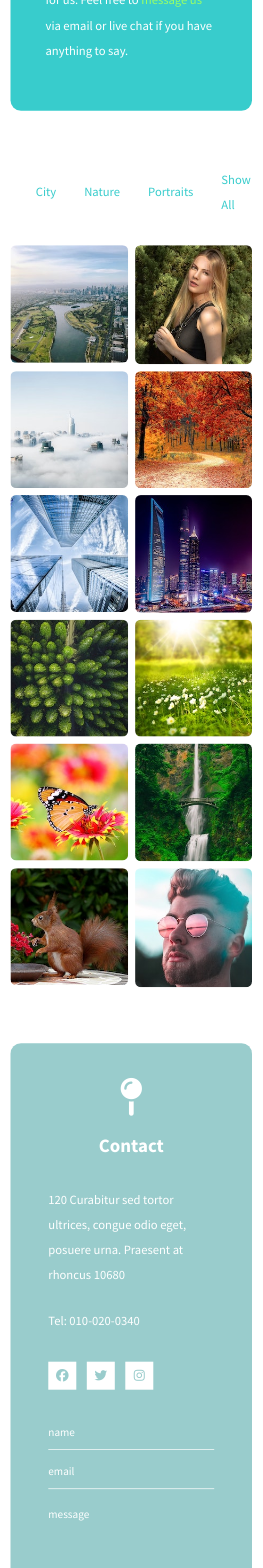
Repository: BuiVanVu102/Tooplate
Page: index.html
An editor plug-in stored every save of this project. The page is shown before and after the next save, followed by the edit.
The browser window is 375 px wide. The pictures show the part of the page from y = 1195 to 3435 px (the page is 3765 px tall before and 3837 px after), at 70% of full size.
Some web libraries are served in a nearby version. The style sheet was rebuilt from its Sass, Less or Tailwind sources for each picture, by a compiler version that may differ from the author's.

Above is the page before, as saved 2021-11-17 13:50:53.

### index.html
<!DOCTYPE html>
<html lang="en">
<head>
	<meta charset="UTF-8">
	<meta http-equiv="X-UA-Compatible" content="IE=edge">
	<meta name="viewport" content="width=device-width, initial-scale=1.0">
	<link rel="preconnect" href="https://fonts.googleapis.com">
	<link rel="preconnect" href="https://fonts.gstatic.com" crossorigin>
	<link href="https://fonts.googleapis.com/css2?family=Source+Sans+Pro:wght@400;700&display=swap" rel="stylesheet">
	<link rel="stylesheet" href="./css/app.css">
	<title>Nano Folio - Live View</title>
</head>
<body>
		<div class="wrapper">
			<main>
				<section class="first">
					<div class="container">
						<div class="first__container">
							<i class="fas fa-heart fa-3x"></i>
							<h1 class="first__name">Nano Folio</h1>
						</div>
					</div>
				</section>
				<section class="about">
					<div class="container">
						<div class="about__container">
							<div class="about__heading">
								<i class="fas fa-users fa-2x"></i>
								<h2 class="about__name">
									About Us
								</h2>
							</div>
							<div class="about__desc">
								<p class="about__typography1">
									Nano Folio is simple HTML template with a minimal very light-weight custom CSS file. Max content width is 940 pixels. You can easily change the width or any part in this template. Gallery comes with a pop-up image and simple categories.
								</p>
								<p class="about__typography2">
									Please support Tooplate website by telling your friends about it. That is going to be very helpful for us. Feel free to <a rel="nofollow" href="https://www.tooplate.com/contact" target="_blank" style="color: #99FF66;">message us</a>  via email or live chat if you have anything to say.
								</p>
							</div>
						</div>
					</div>
				</section>
				<section class="show">
					<div class="container">
						<div class="show__container">
							<div class="show__header">
								<ul class="menu">
									<li class="menu__item"><a href="#!">City</a></li>
									<li class="menu__item"><a href="#!">Nature</a></li>
									<li class="menu__item"><a href="#!">Portraits</a></li>
									<li class="menu__item"><a href="#!">Show All</a></li>
								</ul>
							</div>
							<div class="show__list">
								<div class="show__img">
									<img src="./images/city-1.jpg" alt="">
								</div>
								<div class="show__img">
									<img src="./images/human-1.jpg" alt="">
								</div>
								<div class="show__img">
									<img src="./images/city-2.jpg" alt="">
								</div>
								<div class="show__img">
									<img src="./images/nature-1.jpg" alt="">
								</div>
								<div class="show__img">
									<img src="./images/city-3.jpg" alt="">
								</div>
								<div class="show__img">
									<img src="./images/city-4.jpg" alt="">
								</div>
								<div class="show__img">
									<img src="./images/nature-2.jpg" alt="">
								</div>
								<div class="show__img">
									<img src="./images/nature-3.jpg" alt="">
								</div>
								<div class="show__img">
									<img src="./images/nature-4.jpg" alt="">
								</div>
								<div class="show__img">
									<img src="./images/nature-5.jpg" alt="">
								</div>
								<div class="show__img">
									<img src="./images/nature-6.jpg" alt="">
								</div>
								<div class="show__img">
									<img src="./images/human-2.jpg" alt="">
								</div>

							</div>
						</div>
					</div>
				</section>
				<section class="form">
					<div class="container">
						<div class="form__container">
							<div class="form__submit">
								<input type="text" name="" id="" placeholder="name">
								<input type="email" name="" id="" placeholder="email">
								<textarea name="" id="" cols="30" rows="10" placeholder="message"></textarea>
								<button type="submit">send</button>
							</div>
							<div class="form__info">
								<address class="form__adress">120 Curabitur sed tortor ultrices, congue odio eget, posuere urna. Praesent at rhoncus 10680</address>
								<div class="form__phone">
									Tel: <a href="tel:0100200340" class="form__phone-link">010-020-0340</a>
								</div>
								<div class="form__network">
									<a href="https://facebook.com"><i class="fab fa-facebook"></i></a>
									<a href="https://twitter.com"><i class="fab fa-twitter"></i></a>
									<a href="https://instagram.com"><i class="fab fa-instagram"></i></a>

								</div>
							</div>
							<div class="form__contact">
								<i class="fas fa-map-pin fa-3x"></i>
								<h2 class="form__contact-text">
									Contact
								</h2>
							</div>
						</div>
					</div>
				</section>
			</main>
			<footer class="footer">
				<div class="container">
					<div class="footer__container">

					Copyright 2020 Nano Folio - Design: <a rel="sponsored" href="https://www.tooplate.com" class="footer__link">Tooplate</a>
					</div>
				</div>
			</footer>
		</div>
		<script src="https://kit.fontawesome.com/33b4a28a88.js" crossorigin="anonymous"></script>
</body>
</html>

### sass/app.scss
@import 'variable';
@import 'reset';
@import 'global';
@import 'first';
@import 'about';
@import 'show';
@import 'form';
@import 'footer';

### sass/_variable.scss
$font: 'Source Sans Pro', sans-serif;
$text-color: #ffff;
$title-color: #38cccc;

### sass/_reset.scss
html {
	box-sizing: border-box;
  }
  * {
	margin: 0;
	padding: 0;
  }
  *,
  *:before,
  *:after {
	box-sizing: border-box;
  }
  input,
  textarea,
  select,
  button {
	outline: none;
  }
  input {
	line-height: normal;
  }
  label,
  button {
	cursor: pointer;
  }
  a {
	text-decoration: none;
  }
  img {
	display: block;
	max-width: 100%;
  }

### sass/_global.scss
body {
	line-height: 2em;
	color: $font;
	font-size: 18px;
	font-family: $font;
	font-weight: 400;
	background-color: white;
	overflow-x: hidden;
}

.wrapper {
	max-width: 100%;
	margin: 0 auto;
}
.container {
	width: 100%;
	max-width: 970px;
	margin: 0 auto;
	padding: 0px 15px;
}

### sass/_first.scss
.first {
	margin-top: 60px;
	&__container{
		display: flex;
		flex-direction: column;
		justify-content: center;
		align-items: center;
		border-radius: 15px;
		max-width: 940px;
		height: 470px;
		background-color: #f96699;
		color: white;
		margin-bottom: 50px;

	}
	&__name {
		margin: 22px 0;
	}
}
.fa-hear:before {
	content: "\f004";
}

### sass/_about.scss
.about {
	margin-top: 0px;
	&__container {
		display: flex;
		// justify-content: center;
		// align-items: center
		padding: 50px 50px;
		margin-bottom: 80px;

		min-height: 482px;
		max-width: 940px;
		background-color: #38cccc;
		color: white;

		border-radius: 15px;
	}
	&__heading {
		display: flex;
		flex-direction: column;
		align-items: center;
		justify-content: center;

		// min-width: 420px;
		min-width: 50%;
		// min-height:382px;
	}
	&__name {
		margin:  22px 0;
		font-size: 1.5em;
		font-weight: bold;
	}
	&__decs {
		display: block;
		min-width: 50%;
	}
	&__typography1 {
		margin: 18px 0 40px;

		margin-block-start: 1em;
		margin-block-end: 1em;
		margin-inline-start: 0px;
		margin-inline-end: 0px;
	}
	&__typography2 {
		margin: 18px 0 0;

		margin-block-start: 1em;
		margin-block-end: 1em;
		margin-inline-start: 0px;
		margin-inline-end: 0px;
	}
}
.fa-user:before {
	content: "\f0c0";
}
@media screen and (max-width: 545px) {
	.about__container {
		display: flex;
		flex-direction: column;
	}
}

@media screen and (max-width: 375px) {

	.about__container {
		display: flex;
		flex-direction: column;

	}
}

### sass/_show.scss
.show {
	margin-bottom: 80px;
	&__container {
		display: block;
	}
	&__header {
		display: flex;
		justify-content: flex-end;
		align-items: center;
		margin-bottom: 40px;
		color: #38CCCC;
	}
	&__list {
		display: grid;
		grid-template-columns: repeat(4, 1fr);
		gap: 20px;

		position: relative;
	}
	&__img img{
		width: auto;
		height: auto;
		border-radius: 0.5rem;
	}

}

.menu {
	list-style: none;
	display: flex;
	align-items: center;
	gap:40px ;


	&__item a {
		color: inherit;
		font-size: 18px;
	}
	&__item a:focus{
		color: #f96699;
	}
}
@media screen and (max-width: 768px) {
	.show__header {
		display: flex;
		justify-content: flex-start;
	}
	.show__list {
		display: grid;
		grid-template-columns: repeat(3, 1fr);
		gap: 15px 15px;

	}
	.menu {
		margin-left: 36px;
	}

}
@media screen and (max-width: 545px) {
	.show__list {
		display: grid;
		grid-template-columns: repeat(2, 1fr);
		gap: 15px 15px;
	}
}

@media screen and (max-width: 375px) {
	.show__header {
		display: inline-block;

	}
	.show__list {
		display: grid;
		grid-template-columns: repeat(2, 1fr);
		gap: 10px 10px;
	}
	.show__img img{
		width: auto;
		height: auto;
	}
}

### sass/_form.scss
.form {
	margin-bottom: 50px;
	&__container {
		display: flex;
		justify-content: space-between;
		align-self: center;

		width: 100%;
		min-height: 438px;

		color: white;
		background-color: #99CCCC;

		padding: 50px 20px;

		border-radius: 15px;
	}
	&__submit {
		display: block;
		width: 40%;
	}
	&__submit  input{
		display: block;
		font-family: $font;
		font-size: 1rem;
		background: transparent;
		color: white;
		border: 0;
		border-bottom: 1px solid white;
		padding: 15px 0;
		margin-top: 5px;
		margin-bottom: 5px;
		width: 100%;
	}
	&__submit textarea {
		font-family: $font;
		font-size: 1rem;
		background:transparent;
		border: 0;
		border-bottom: 1px solid white;
		color: white;
		padding: 15px 0;
		margin: 5px 0 30px;
		max-width: 100%;
		max-height: 156px;
	}
	&__submit input:focus-visible {
		outline-offset: 0px;
		outline: -webkit-focus-color auto 1px;
		outline-color: -webkit-focus-ring-color;
		outline-style: auto;
		outline-width: 1px;
	}
	&__submit textarea:focus-visible {
		outline-offset: 0px;
		outline: -webkit-focus-ring-color auto 1px;
		outline-color: -webkit-focus-ring-color;
		outline-style: auto;
		outline-width: 1px;
	}
	&__submit button {
		display: block;

		background: none;
		color: white;
		font-size: 1rem;
		border: 0;
		cursor: pointer;
		transition: all 0.3s ease;

		margin-left: auto;
		margin-right: 0;
	}
	&__submit button:hover {
		color: black;
	}
	&__submit button:focus-visible {
		outline-offset: 0px;
		outline: -webkit-focus-ring-color auto 1px;
		outline-color: -webkit-focus-ring-color;
		outline-style: auto;
		outline-width: 1px;
	}
	&__info {
		display: block;

		width: 40%;
		padding: 20px 34px 0;
	}
	&__adress{
		display: block;
		margin-bottom: 30px;
		font-style: normal;
		font-size: 18px;

		max-width: 292px;
	}
	&__phone {
		display: block;
		margin-bottom: 40px;
		color: white;
		&-link {
			color: inherit;
			transition: all 0.3s ease;
		}
		&-link:hover {
			color: #38CCCC;
		}
	}
	&__network {
		display: flex;

	}
	&__network a {
		display: flex;
		justify-content: center;
		align-items: center;

		height: 40px;
		width: 40px;

		background-color: #ffff;
		margin-right: 15px;

		color: #99cccc;
		transition: all 0.3s ease;
	}
	&__network a:hover {
		color: #30ADAD;
	}
	&__contact {
		display: flex;
		flex-direction: column;
		align-items: center;
		justify-content: center;

		width: 20%;
		padding: 0 34px;
		&-text {
			display: block;
			margin: 22.4px;
			font-size: 1.5em;
			font-weight: bold;

		}
	}
}
::placeholder {
	color: white;

}

.fa-facebook:before {
	content: "\f09a";
}
.fa-twitter:before {
    content: "\f099";
}
.fa-instagram:before {
    content: "\f16d";
}
.fa-map-pin:before {
    content: "\f276";
}

@media screen and (max-width: 545px) {
	.form__container {
		display: flex;
		flex-direction: column-reverse;
		justify-content: center;
		align-items: center;


		width: 100%;
	}
	.form__info {
		display: block;
		width: 100%;

		padding: 20px 34px 0;
		margin-bottom: 30px;
	}
	.form__submit {
		display: block;
		width: 100%;

		padding: 0 34px ;
		margin: 0 0 20px;
	}
	.form__submit textarea {
		width: 100%;
	}
}

@media screen and (max-width: 375px) {
	.form__container {
		display: flex;
		flex-direction: column-reverse;
		justify-content: center;
		align-items: center;
		padding: 50px 20px;
	}
	.form__info {
		display: block;
		width: 100%;

	}
	.form__submit {
		display: block;
		width: 100%;
	}
}

### sass/_footer.scss
.footer {
	margin-bottom: 60px;
	&__container {
		display: block;
		color: #999999;
		text-align: center;
	}
	&__link {
		color:#999999;
		transition: all 0.3s ease;
	}
	&__link:hover {
		color: #38CCCC;
	}

}

After the next save:
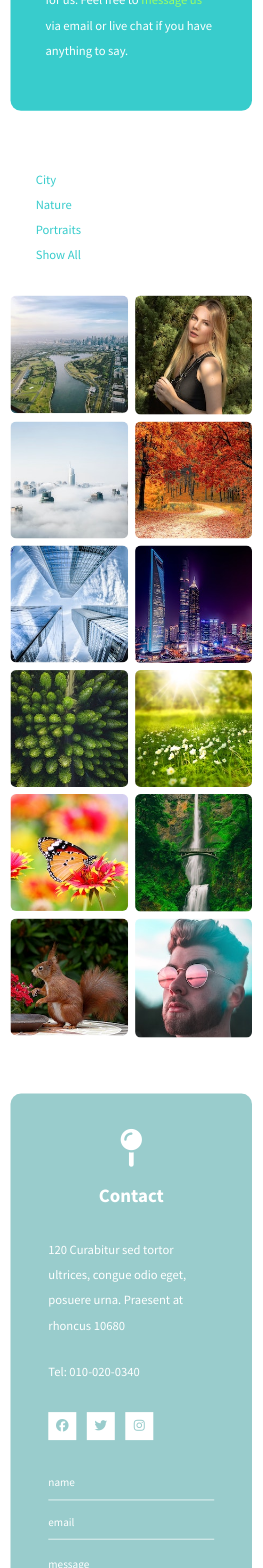
Saved 3 min 34 s later.
--- a/sass/_show.scss
+++ b/sass/_show.scss
@@ -67,6 +67,9 @@
 @media screen and (max-width: 375px) {
 	.show__header {
 		display: inline-block;
+	}
+	.menu {
+		display: inline-block;
 
 	}
 	.show__list {
